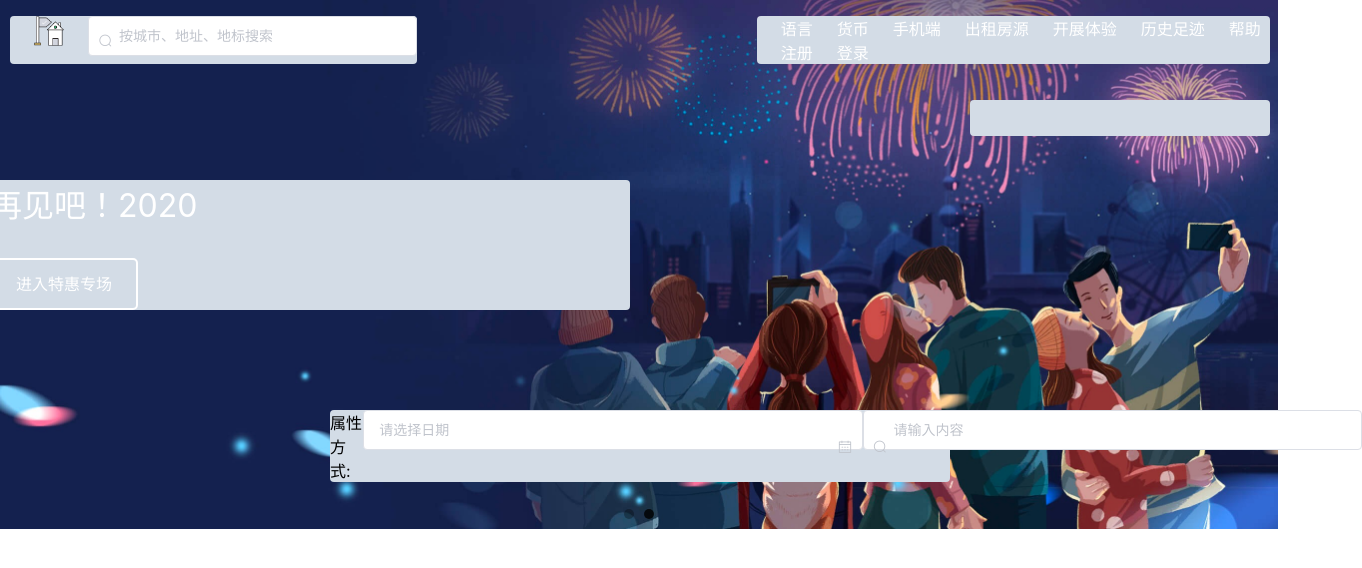
Repository: yz1181214391/my-airbnb
Page: /
These files come from the project's save history. The page is drawn as it stood at one moment and after the next save; the edit follows.
The browser window is 1280 px wide. The page is 1362 px wide, so the pictures cover 1362 px, including what lies to the right of the window. The pictures show the whole page.
The project was rebuilt for these pictures with package versions that can differ from the ones it lists, and the page was loaded fresh each time. Also part of the build but not shown: src/views/Language.vue, src/views/Currency.vue, src/views/Enter.vue, src/views/Experience.vue, src/views/Help.vue, src/views/History.vue, src/views/Mobile.vue, src/views/Register.vue and 1 more.

Above is the page before, as saved 2020-12-11 10:52:17.

After the next save:
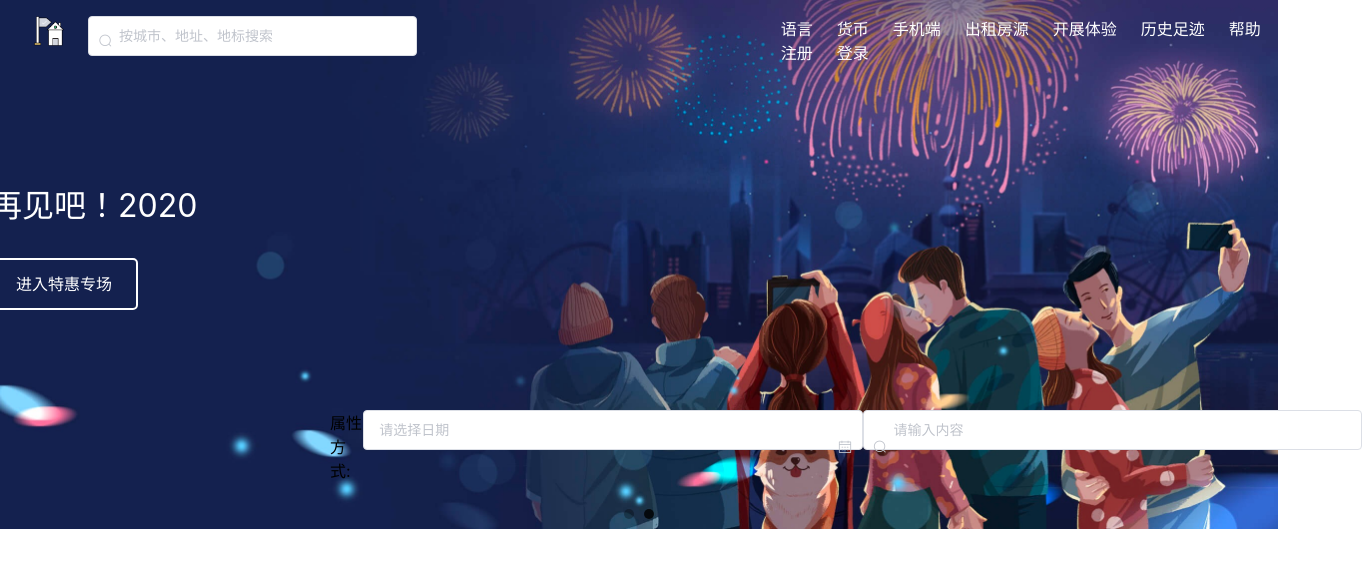
Saved 15 s later.
--- a/src/components/Header.vue
+++ b/src/components/Header.vue
@@ -101,7 +101,7 @@
     background: #99a9bf;
   }
   .bg-purple {
-    background: #d3dce6;
+    // background: #d3dce6;
   }
   .bg-purple-light {
     background: #e5e9f2;

After the save that followed:
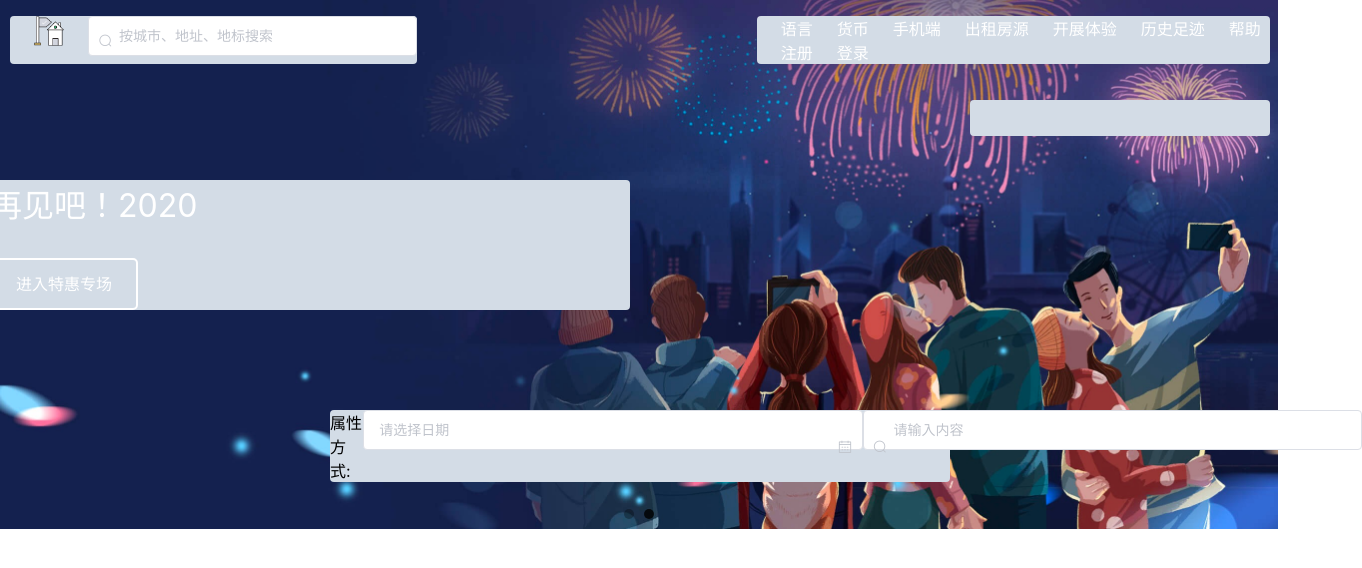
Saved 11 s later.
--- a/src/components/Header.vue
+++ b/src/components/Header.vue
@@ -101,7 +101,7 @@
     background: #99a9bf;
   }
   .bg-purple {
-    // background: #d3dce6;
+    background: #d3dce6;
   }
   .bg-purple-light {
     background: #e5e9f2;
